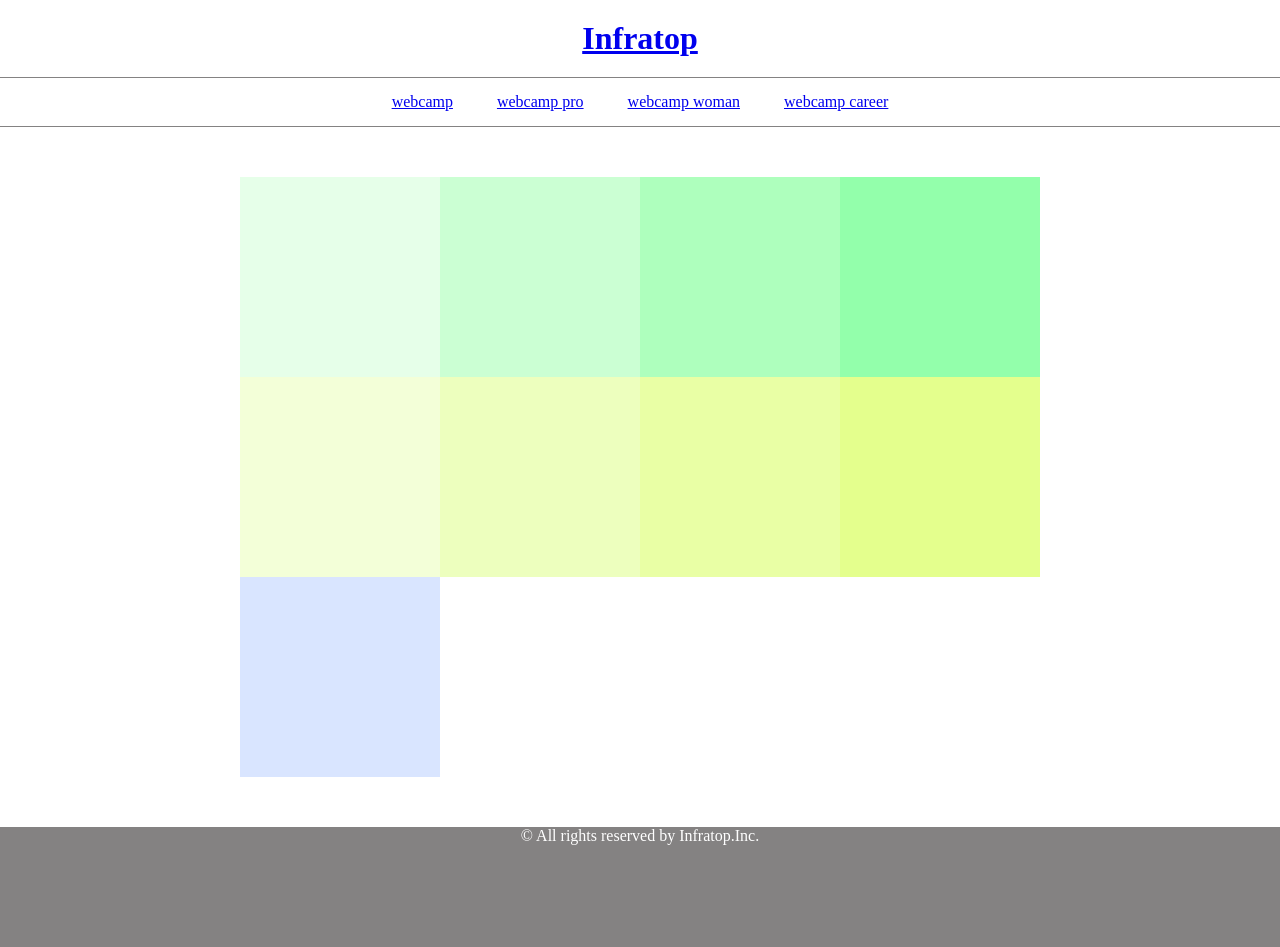
Repository: ryosei-110/HTML-CSS-
Page: 1-5exercise/index.html
The author's editor kept a record of every edit. The page is drawn from the files as they stood at one moment, then again after the next edit.
The browser window is 1280 px wide. The pictures show the whole page.

Above is the page before.

### 1-5exercise/index.html
<!DOCTYPE html>
<html lang="ja">
  <head>
    <meta charset="UTF-8" />
    <!-- CSSファイルの読み込み -->
    <link rel="stylesheet" href="style.css" />
    <title>Infratop</title>
  </head>

  <body>
    <header>
      <h1>
        <a href="https://infratop.jp ">Infratop</a>
      </h1>
    </header>

    <nav>
      <ul class="nav-list">
         <li class="nav-list-item">
          <a href="index.html">webcamp</a>
        </li>
        <li class="nav-list-item">
          <a href="index.html">webcamp pro</a>
          </li>
        <li class="nav-list-item">
          <a href="index.html">webcamp woman</a>
          </li>
        <li class="nav-list-item">
          <a href="index.html">webcamp career</a>
          </li>
      </ul>
    </nav>

    <div class="main">
      <div class="box1"></div>
      <div class="box2"></div>
      <div class="box3"></div>
      <div class="box4"></div>
      <div class="box5"></div>
      <div class="box6"></div>
      <div class="box7"></div>
      <div class="box8"></div>
      <div class="box9"></div>
    </div>

    <footer>
      <p class="footer-text">© All rights reserved by Infratop.Inc.</p>
    </footer>
  </body>
  </html>

### 1-5exercise/style.css
/* ブラウザがそれぞれ持っているCSSをリセットするための記述 */
* {
  margin: 0;
  padding: 0;
  box-sizing: border-box;
}

header {
  width: 100%;
  padding:20px 0;
  text-align: center;
}

.nav-list {
  padding: 15px 0;
  margin: 0 auto;
  text-align :center;
  border-bottom: 1px solid #848282;
  border-top: 1px solid #848282;
}

.nav-list-item {
list-style: none;
display: inline-block;
margin: 0 20px;
}

.main {
width: 800px;
margin: 50px auto;
display: Flex;
flex-wrap: wrap;
}

.box1 {
  width: 200px;
  height: 200px;
  background-color: #e6ffe9;
}

.box2 {
  width: 200px;
  height: 200px;
  background-color: #cbffd3;
}

.box3 {
  width: 200px;
  height: 200px;
  background-color:  #aeffbd;
}

.box4 {
  width: 200px;
  height: 200px;
  background-color:  #93ffab;
}

.box5 {
  width: 200px;
  height: 200px;
  background-color: #f3ffd8;
}

.box6 {
  width: 200px;
  height: 200px;
  background-color: #edffbe;
}

.box7 {
  width: 200px;
  height: 200px;
  background-color:  #e9ffa5;
}

.box8 {
  width: 200px;
  height: 200px;
  background-color:  #e4ff8d;
}

.box9 {
  width: 200px;
  height: 200px;
  background-color:  #d9e5ff;
}

.box10 {
  width: 200px;
  height: 200px;
  background-color:  #bad3ff;
}

.box11 {
  width: 200px;
  height: 200px;
  background-color:  #a4c6ff;
}

.box12 {
  width: 200px;
  height: 200px;
  background-color:  #84b8ff;
}

footer {
width: 100%;
height: 120px;
background-color: #848282;
text-align: center;

}

.footer-text {
  color: #FFF;
}

After the next edit:
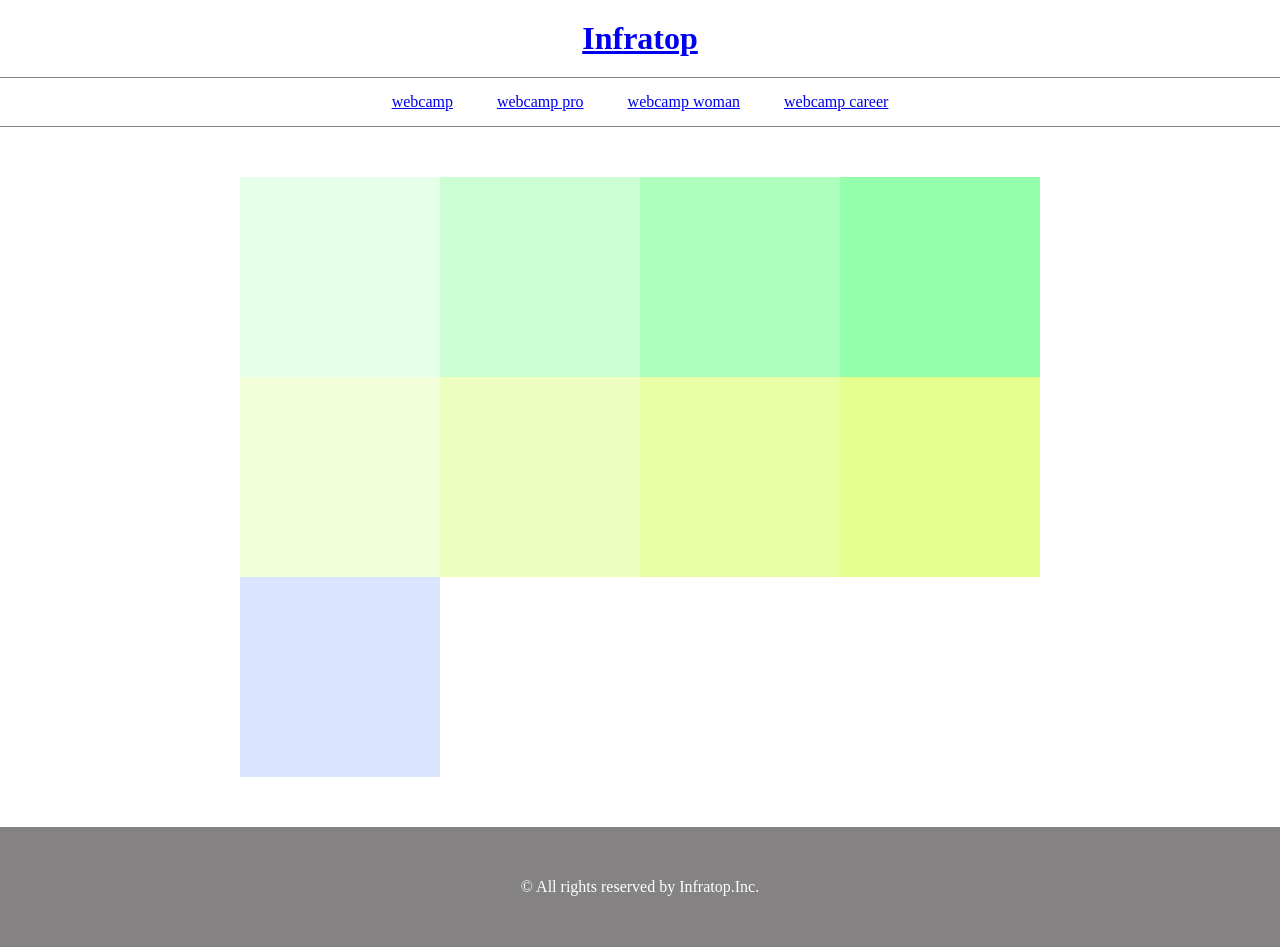
The edit:
--- a/1-5exercise/style.css
+++ b/1-5exercise/style.css
@@ -109,7 +109,7 @@
 height: 120px;
 background-color: #848282;
 text-align: center;
-
+line-height: 120px;
 }
 
 .footer-text {
